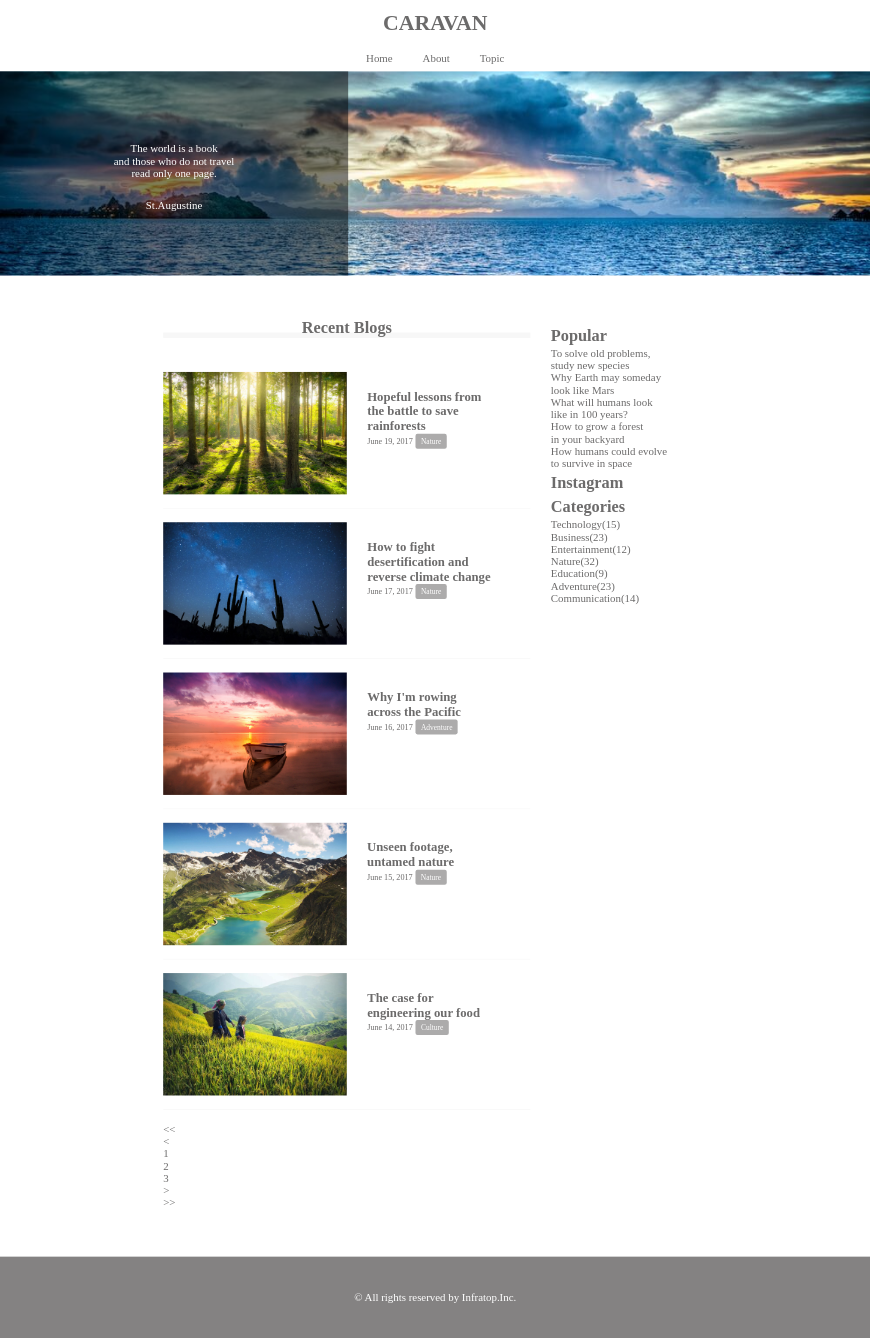
Repository: takuto27/ouyou
Page: caravan/index.html
The author's editor kept a record of every edit. The page is drawn from the files as they stood at one moment, then again after the next edit.
The browser window is 1280 px wide. The pictures show the whole page, at 68% of full size.

Above is the page before.

After the next edit:
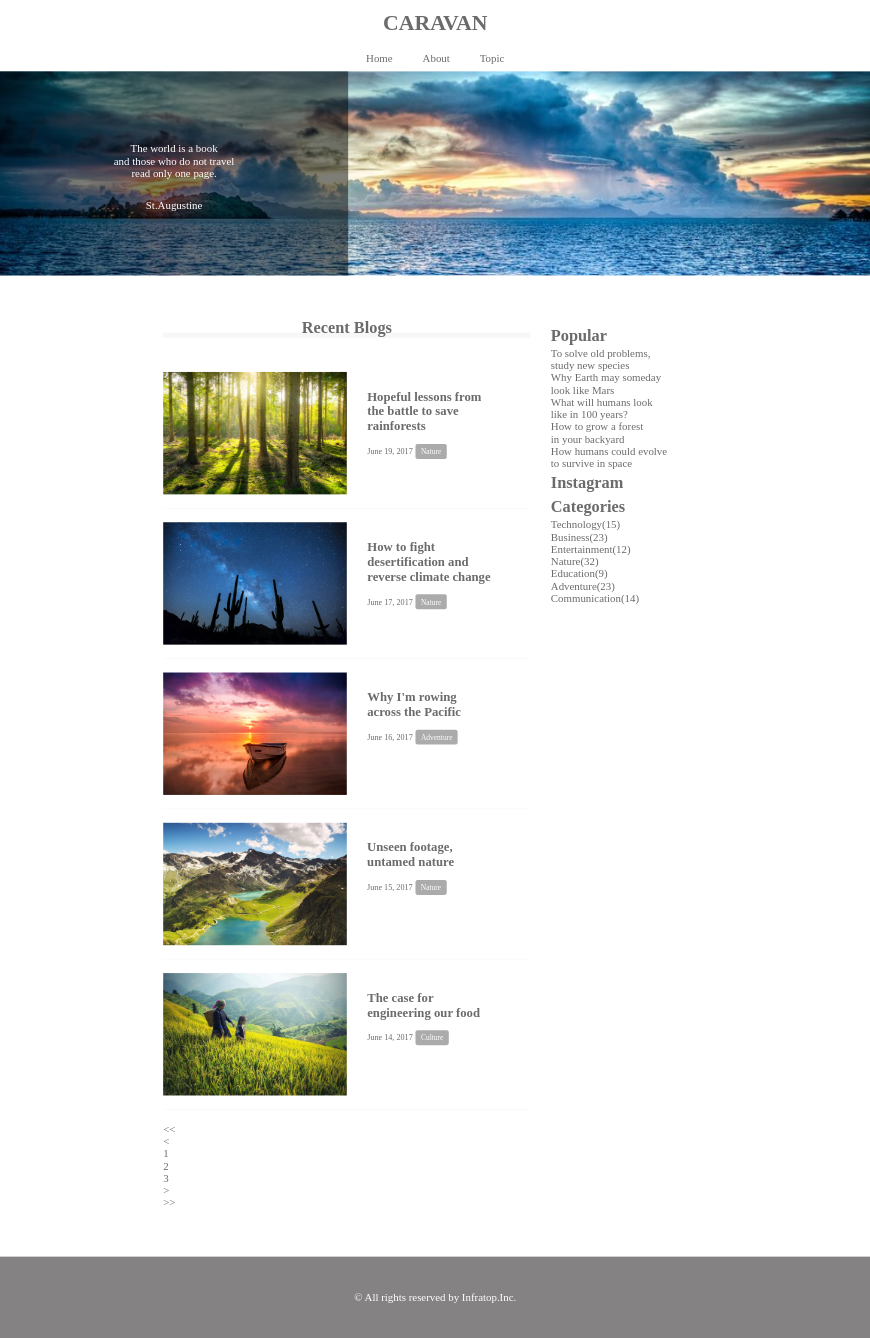
The edit:
--- a/caravan/style.css
+++ b/caravan/style.css
@@ -69,7 +69,9 @@
 .blog-text {
   padding: 25px 0 0 30px;
 }
-
+.blog-text-heading {
+  padding-bottom: 15px;
+}
 .blog-item {
   padding-bottom: 20px;
   margin-bottom: 20px;
